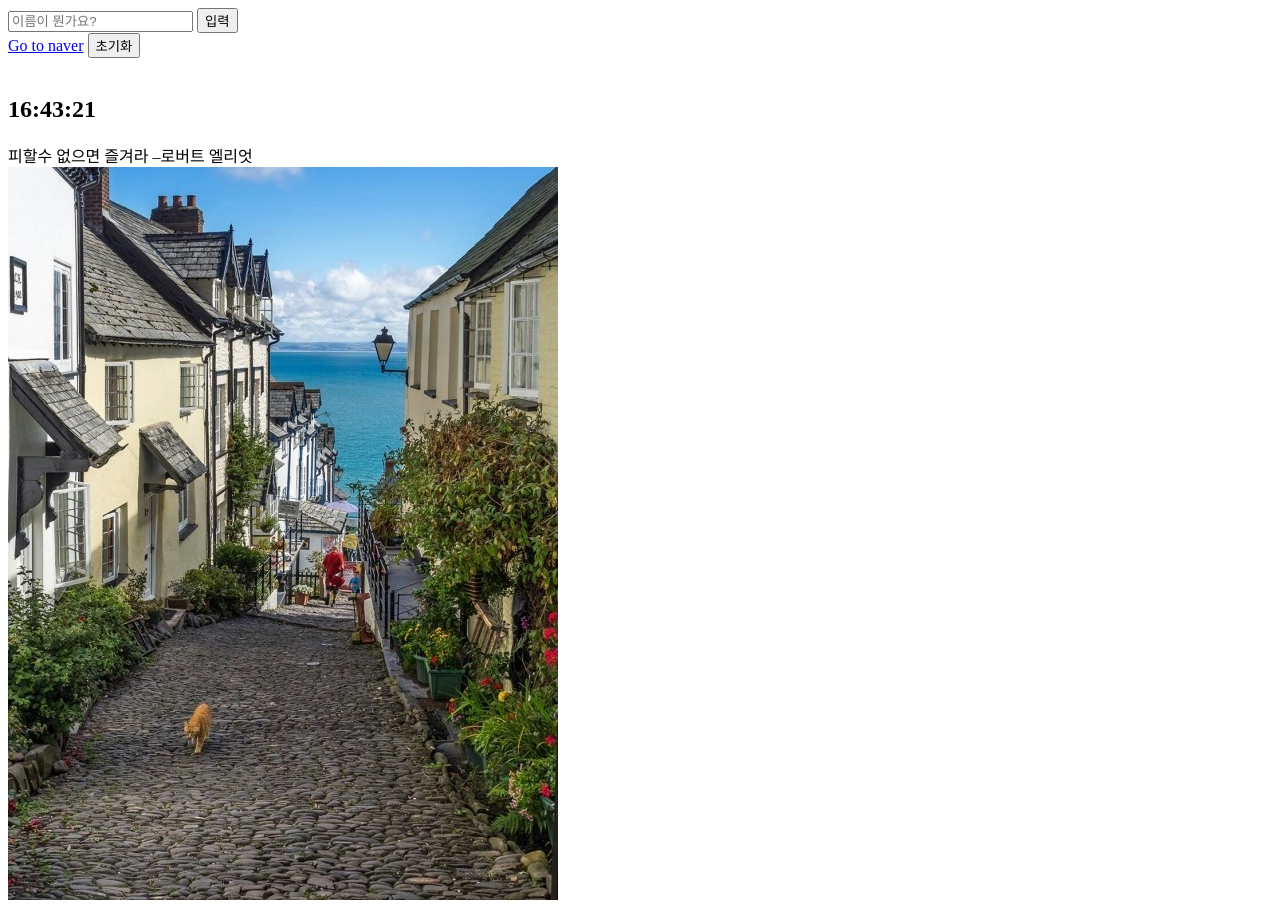
Repository: jun01270/F-E-practice
Page: index.html
These files come from the project's save history. The page is drawn as it stood at one moment and after the next save; the edit follows.
The browser window is 1280 px wide. The pictures show the whole page.

Above is the page before, as saved 2022-12-23 10:37:57.

After the next save:
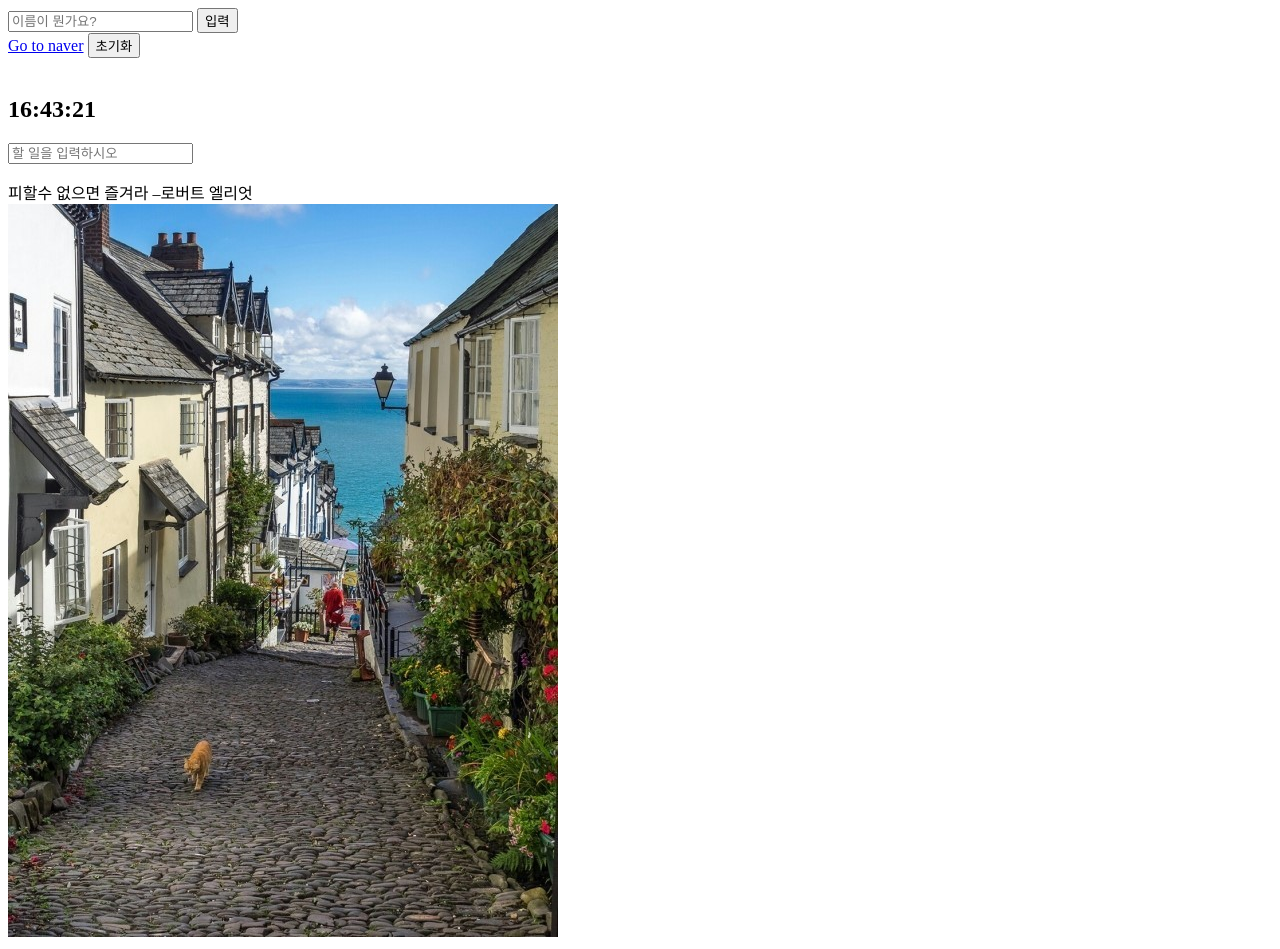
Saved 5 min 17 s later.
--- a/index.html
+++ b/index.html
@@ -19,6 +19,10 @@
     </div>
     <br />
     <h2 id="clock">00:00:00</h2>
+    <form id="todo-form">
+      <input type="text" placeholder="할 일을 입력하시오" />
+    </form>
+    <ul id="todo-list"></ul>
     <div id="quote">
       <span></span>
       <span></span>
